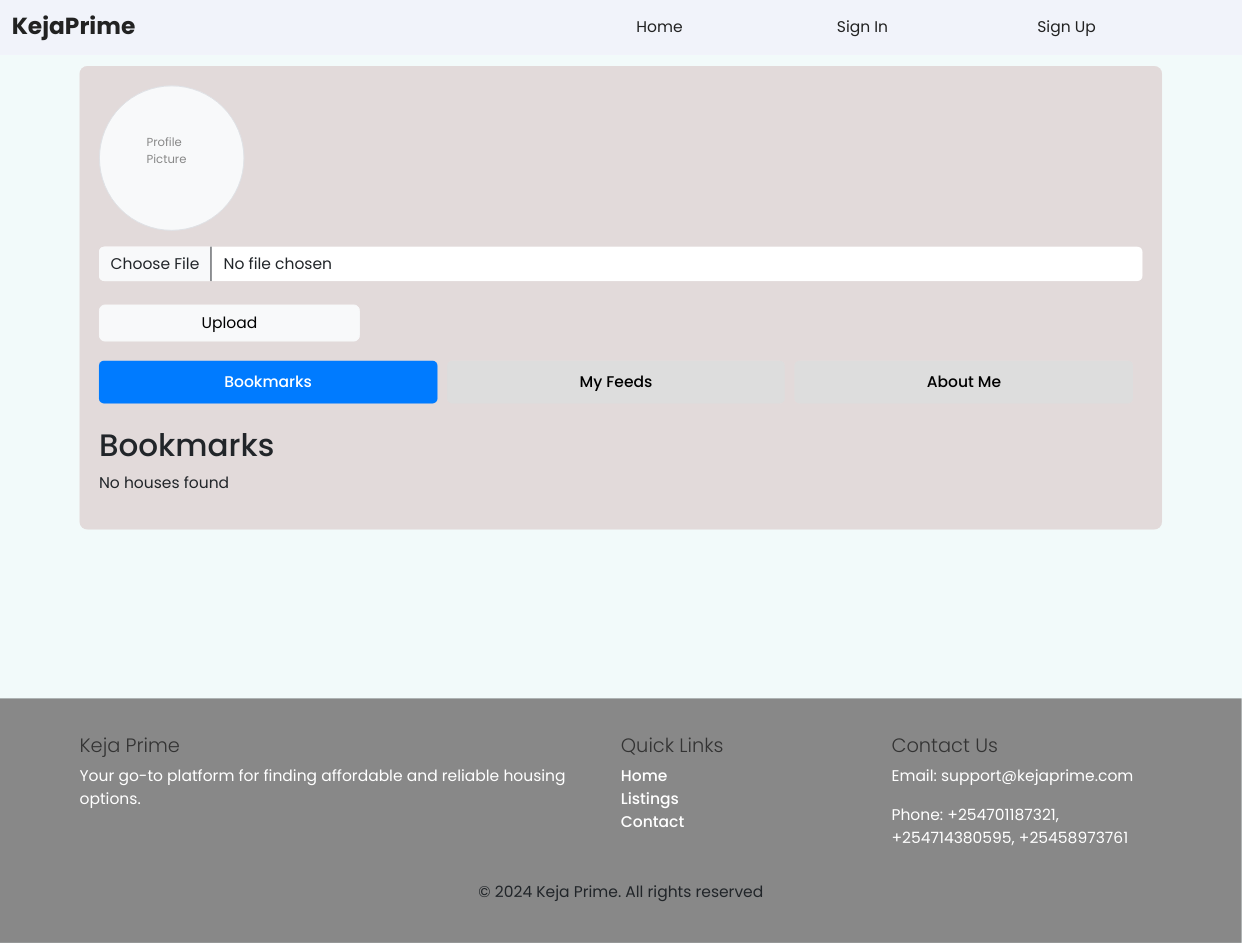
Repository: Pascal7601/kejaPrime
Page: /profile (app in frontend/)
The author's editor kept a copy of each file at every save. The page is drawn from the files as they stood at one save, then again after the next save.
The browser window is 1280 px wide. The pictures show the whole page, at 97% of full size.
The page's requests for data from a server got no answer. The project was rebuilt for these pictures with package versions that can differ from the ones it lists, and the page was loaded fresh each time. No one was signed in, and anything a server would have sent is missing. Also part of the build but not shown: frontend/vite.config.js, frontend/src/styles/HeroSection.css, frontend/src/components/HeroSection.jsx, frontend/src/pages/Home.jsx, frontend/src/components/Houses.jsx, frontend/src/pages/Listings.jsx, frontend/src/styles/PostHouse.css, frontend/src/pages/PostHouse.jsx and 10 more.

Above is the page before, as saved 2024-10-22 11:43:03.

After the next save:
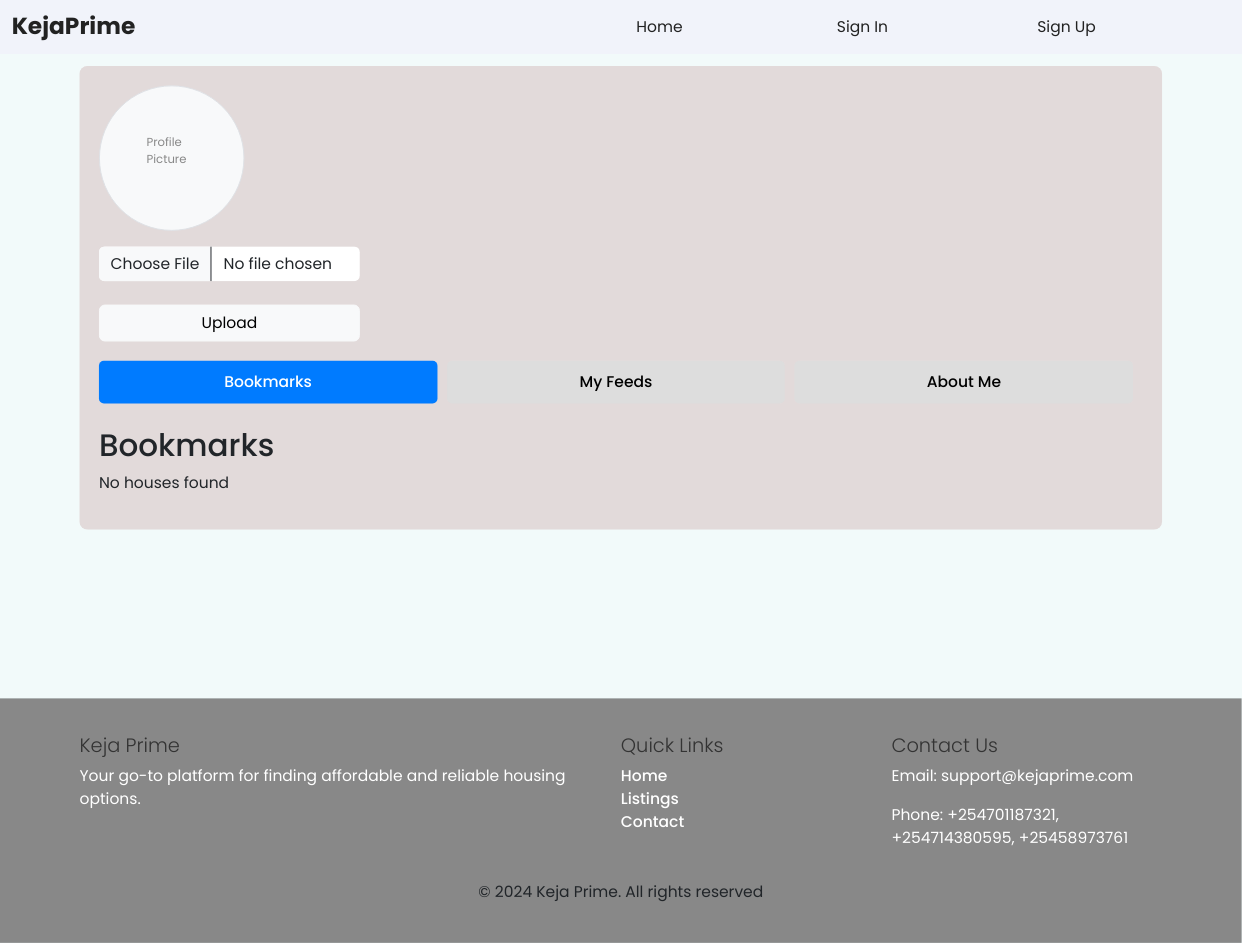
Saved 24 s later.
--- a/frontend/src/components/Profile.jsx
+++ b/frontend/src/components/Profile.jsx
@@ -213,7 +213,7 @@ function Profile() {
                   <p>Profile Picture</p>
                 </div>
               )}
-              <input type="file" onChange={handleFileChange} accept="image/*" className="form-control my-3" />
+              <input type="file" onChange={handleFileChange} accept="image/*" className="form-control w-25 my-3" />
               <button onClick={handleFileUpload} className="btn btn-light w-25 mt-2">Upload</button>
             </div>
           </div>
